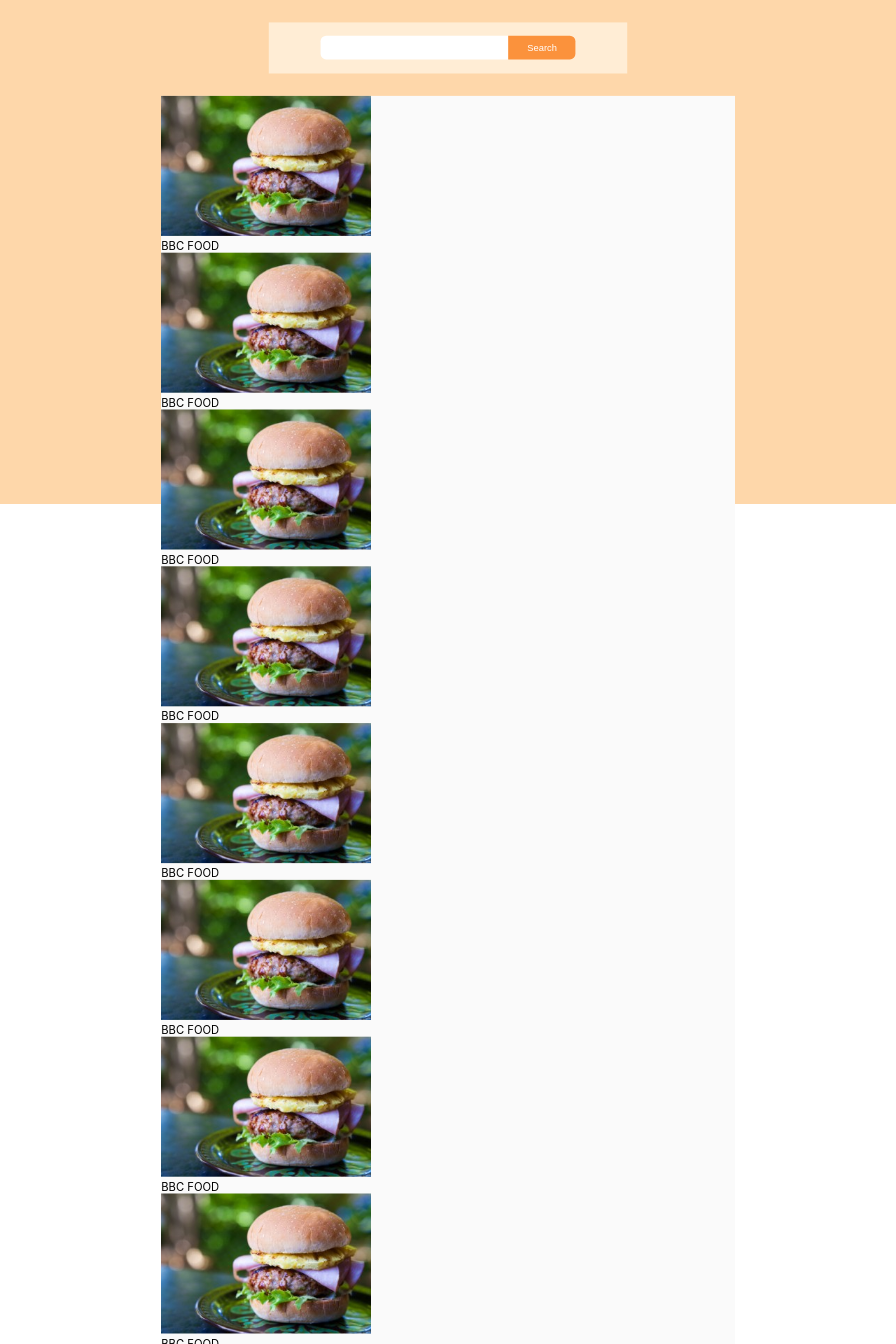
Repository: sandipkarmokar/recipeApp
Page: /
The author's editor kept a copy of each file at every save. The page is drawn from the files as they stood at one save, then again after the next save.
The browser window is 1280 px wide. The pictures show the part of the page from y = 0 to 1920 px (the page is 2665 px tall before and 2885 px after), at 70% of full size.
The project was rebuilt for these pictures with package versions that can differ from the ones it lists, and the page was loaded fresh each time.

Above is the page before, as saved 2022-04-16 12:09:52.

After the next save:
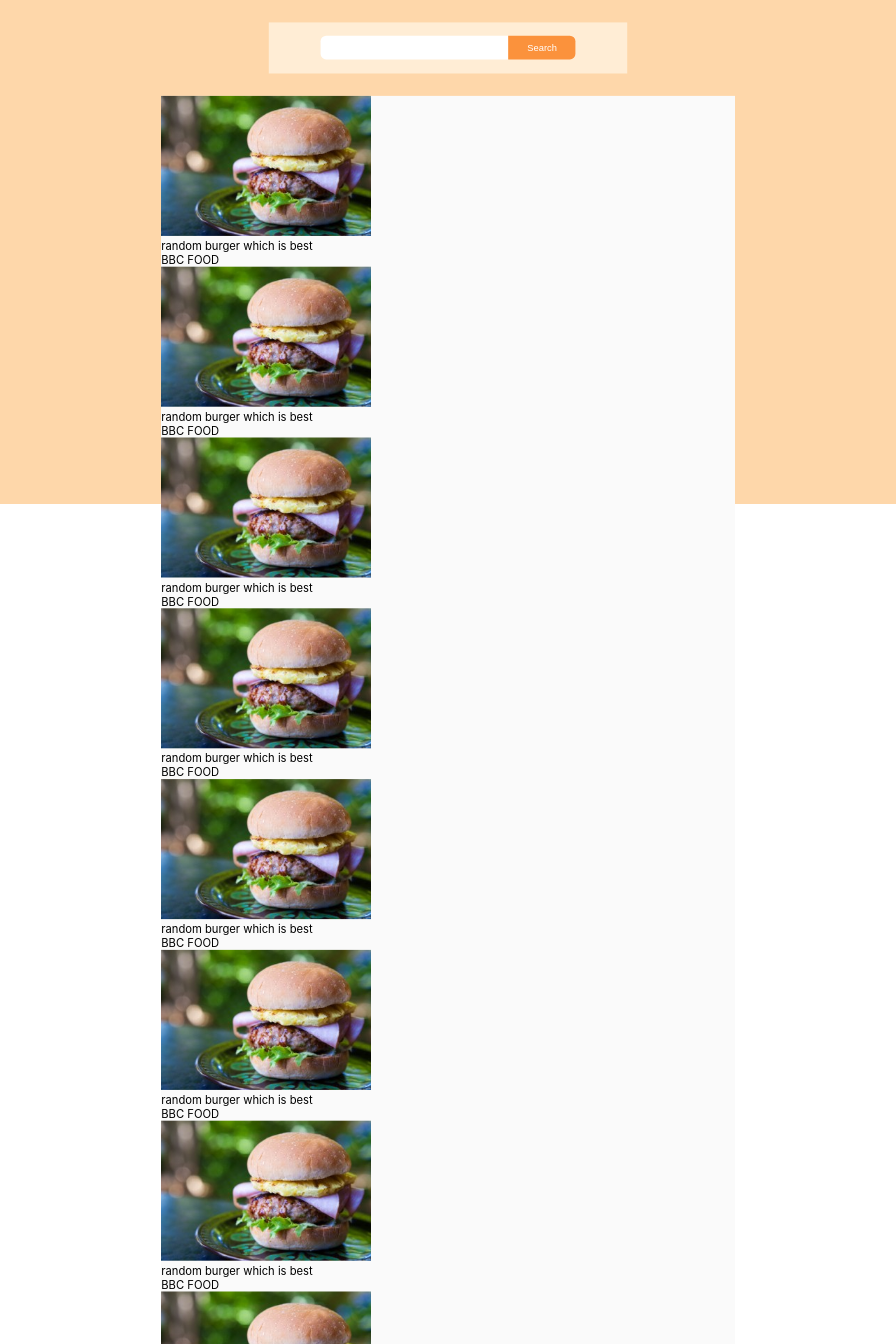
Saved 13 s later.
--- a/src/components/data.js
+++ b/src/components/data.js
@@ -4,67 +4,67 @@ const data = [
     {
         id: 1,
         img: image,
-        name: 'random burger which is best',
+        title: 'random burger which is best',
         publisher: 'BBC FOOD',
     },
     {
         id: 1,
         img: image,
-        name: 'random burger which is best',
+        title: 'random burger which is best',
         publisher: 'BBC FOOD',
     },
     {
         id: 1,
         img: image,
-        name: 'random burger which is best',
+        title: 'random burger which is best',
         publisher: 'BBC FOOD',
     },
     {
         id: 1,
         img: image,
-        name: 'random burger which is best',
+        title: 'random burger which is best',
         publisher: 'BBC FOOD',
     },
     {
         id: 1,
         img: image,
-        name: 'random burger which is best',
+        title: 'random burger which is best',
         publisher: 'BBC FOOD',
     },
     {
         id: 1,
         img: image,
-        name: 'random burger which is best',
+        title: 'random burger which is best',
         publisher: 'BBC FOOD',
     },
     {
         id: 1,
         img: image,
-        name: 'random burger which is best',
+        title: 'random burger which is best',
         publisher: 'BBC FOOD',
     },
     {
         id: 1,
         img: image,
-        name: 'random burger which is best',
+        title: 'random burger which is best',
         publisher: 'BBC FOOD',
     },
     {
         id: 1,
         img: image,
-        name: 'random burger which is best',
+        title: 'random burger which is best',
         publisher: 'BBC FOOD',
     },
     {
         id: 1,
         img: image,
-        name: 'random burger which is best',
+        title: 'random burger which is best',
         publisher: 'BBC FOOD',
     },
     {
         id: 1,
         img: image,
-        name: 'random burger which is best',
+        title: 'random burger which is best',
         publisher: 'BBC FOOD',
     },
 ];
